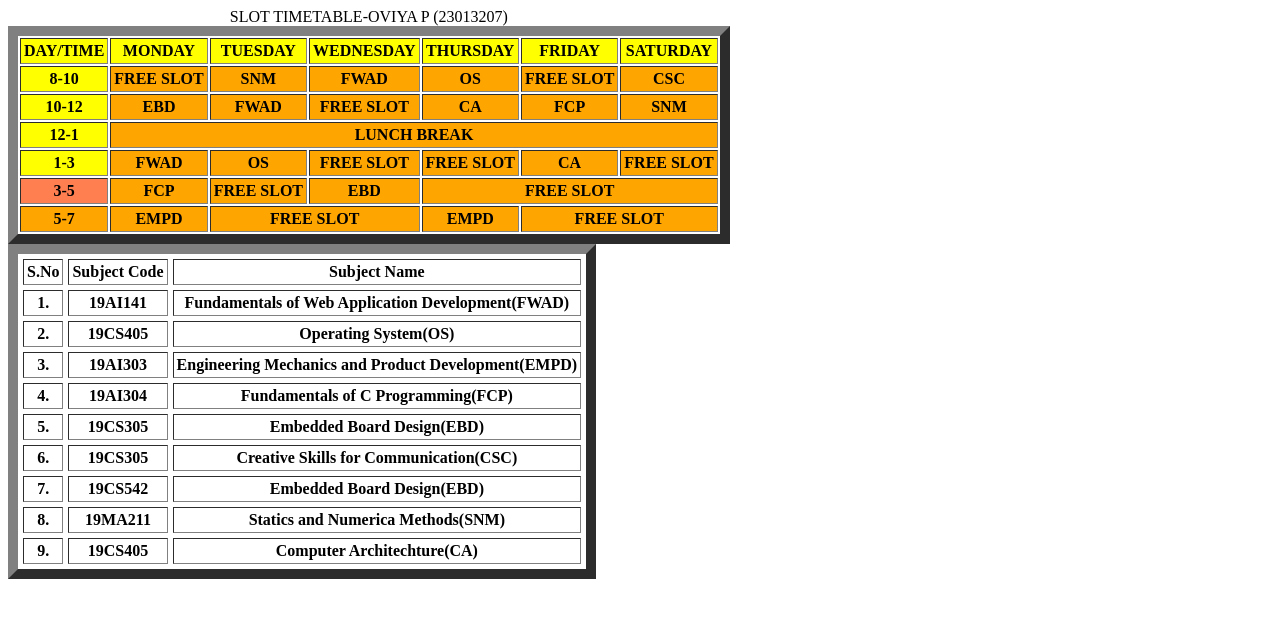
Repository: Oviya24032K6/slot
Page: oviya/static/time.html
The author's editor kept a copy of each file at every save. The page is drawn from the files as they stood at one save, then again after the next save.
The browser window is 1280 px wide. The pictures show the whole page.

Above is the page before, as saved 2024-03-15 20:38:42.

After the next save:
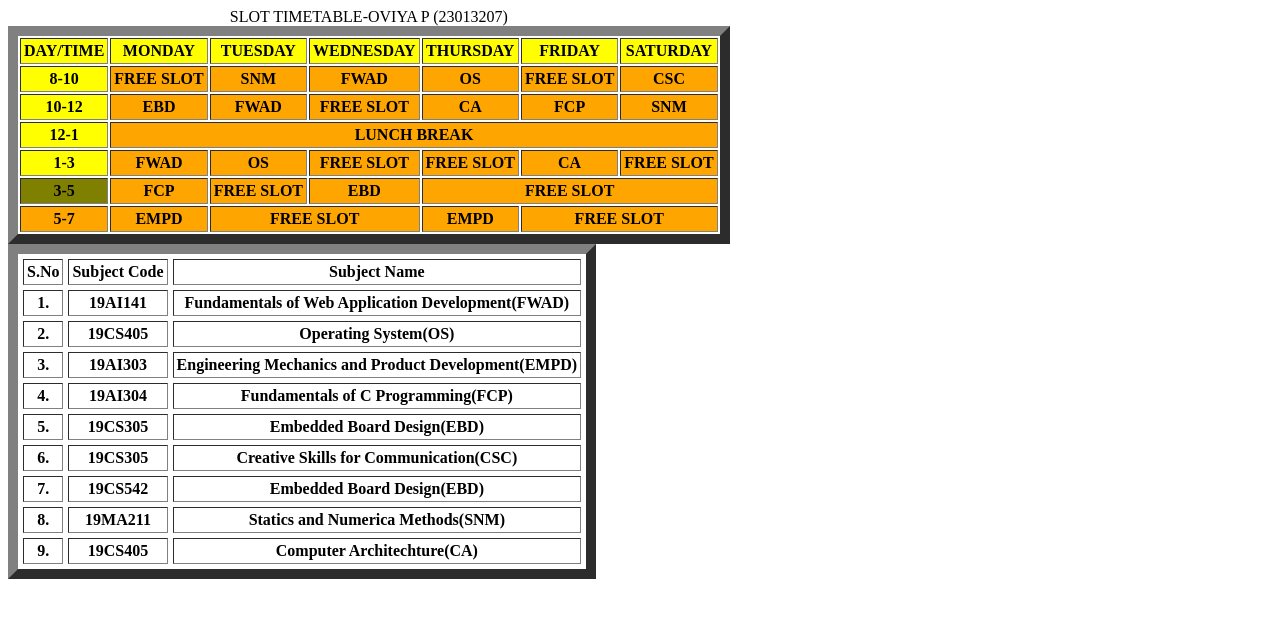
Saved 9 s later.
--- a/oviya/static/time.html
+++ b/oviya/static/time.html
@@ -46,7 +46,7 @@
             <th bgcolor="orange">FREE SLOT</th>
         </tr>
         <tr>
-            <th bgcolor="coral">3-5</th>
+            <th bgcolor="olive">3-5</th>
             <th bgcolor="orange">FCP</th>
             <th bgcolor="orange">FREE SLOT</th>
             <th bgcolor="orange">EBD</th>
